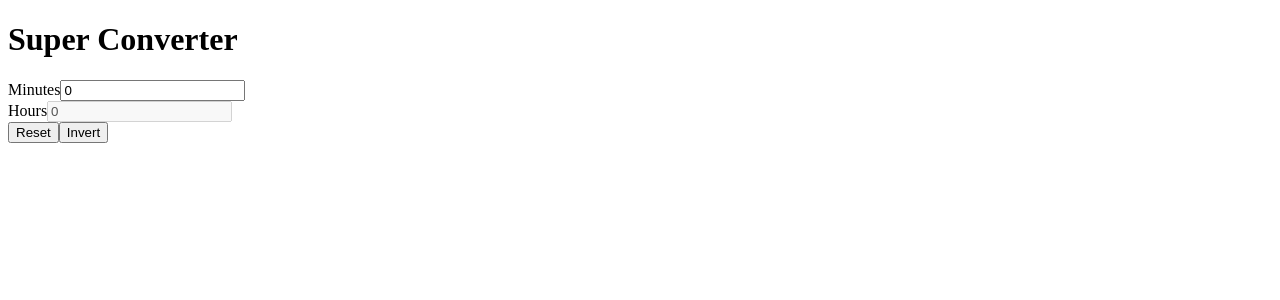
Repository: Leeminsu67/react-principle-study
Page: converter.html
The author's editor kept a copy of each file at every save. The page is drawn from the files as they stood at one save, then again after the next save.
The browser window is 1280 px wide. The pictures show the whole page.

Above is the page before, as saved 2024-08-01 17:08:10.

### converter.html
<!DOCTYPE html>
<html lang="ko">
  <body>
    <div id="root"></div>
  </body>
  <script src="https://unpkg.com/react@17.0.2/umd/react.production.min.js"></script>
  <script src="https://unpkg.com/react-dom@17.0.2/umd/react-dom.production.min.js"></script>
  <script src="https://unpkg.com/@babel/standalone/babel.min.js"></script>
  <script type="text/babel">
    const MinutesToHours = () => {
      const [amount, setAmount] = React.useState(0);
      const [inverted, setInverted] = React.useState(false);
      const onChange = (event) => {
        // console.log(event.target.value);
        setAmount(event.target.value);
      };
      const reset = () => setAmount(0);
      // filp function
      // const onFlip = () => setInverted(!inverted);
      const onInvert = () => {
        reset();
        setInverted((current) => !current);
      };
      return (
        <div>
          <div>
            <label htmlFor="minutes">Minutes</label>
            <input
              value={inverted ? amount * 60 : amount}
              id="minutes"
              type="number"
              placeholder="Minutes"
              onChange={onChange}
              disabled={inverted}
            />
          </div>
          <div>
            <label htmlFor="hours">Hours</label>
            <input
              value={inverted ? amount : Math.round(amount / 60)}
              id="hours"
              type="number"
              placeholder="Hours"
              // minutes와 반대가 되기 위해서 조건문을 부여
              disabled={!inverted}
              onChange={onChange}
            />
          </div>
          <button onClick={reset}>Reset</button>
          <button onClick={onInvert}>
            {inverted ? "Turn back" : "Invert"}
          </button>
        </div>
      );
    };
    const KmToMiles = () => {
      return <h3>KM 2 M</h3>;
    };
    const App = () => {
      return (
        <div>
          <h1>Super Converter</h1>
          <MinutesToHours />
        </div>
      );
    };

    const root = document.getElementById("root");
    ReactDOM.render(<App />, root);
  </script>
</html>

After the next save:
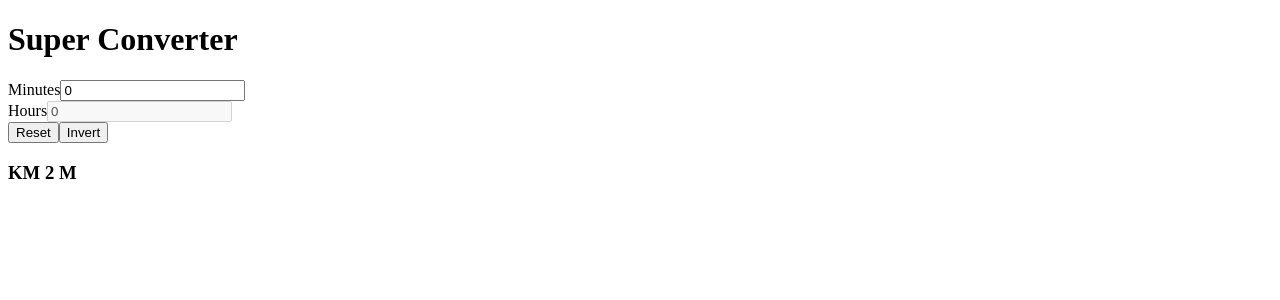
Saved 11 min 17 s later.
--- a/converter.html
+++ b/converter.html
@@ -61,6 +61,7 @@
         <div>
           <h1>Super Converter</h1>
           <MinutesToHours />
+          <KmToMiles />
         </div>
       );
     };
